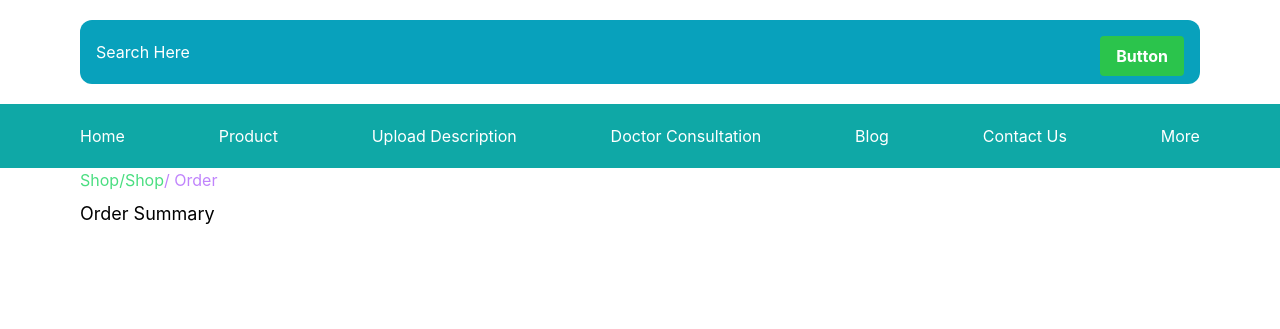
Repository: arafatmollah/pharma
Page: /
The author's editor kept a copy of each file at every save. The page is drawn from the files as they stood at one save, then again after the next save.
The browser window is 1280 px wide. The pictures show the whole page.
The project was rebuilt for these pictures with package versions that can differ from the ones it lists, and the page was loaded fresh each time.

Above is the page before, as saved 2023-03-12 01:31:44.

After the next save:
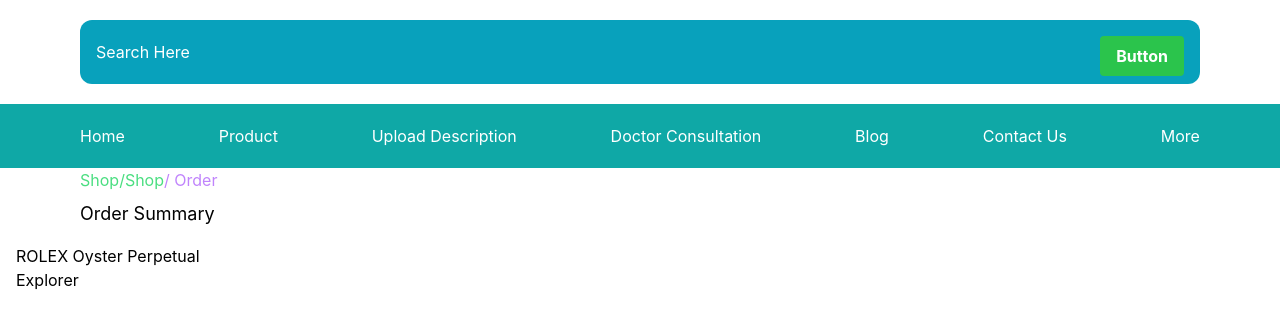
Saved 12 s later.
--- a/src/Order.js
+++ b/src/Order.js
@@ -14,7 +14,7 @@
         <div>
           <div className='border-box h-32 w-60 p-4'>
             <div>
-
+              <h1>ROLEX Oyster Perpetual Explorer</h1>
             </div>
           </div>
         </div>
